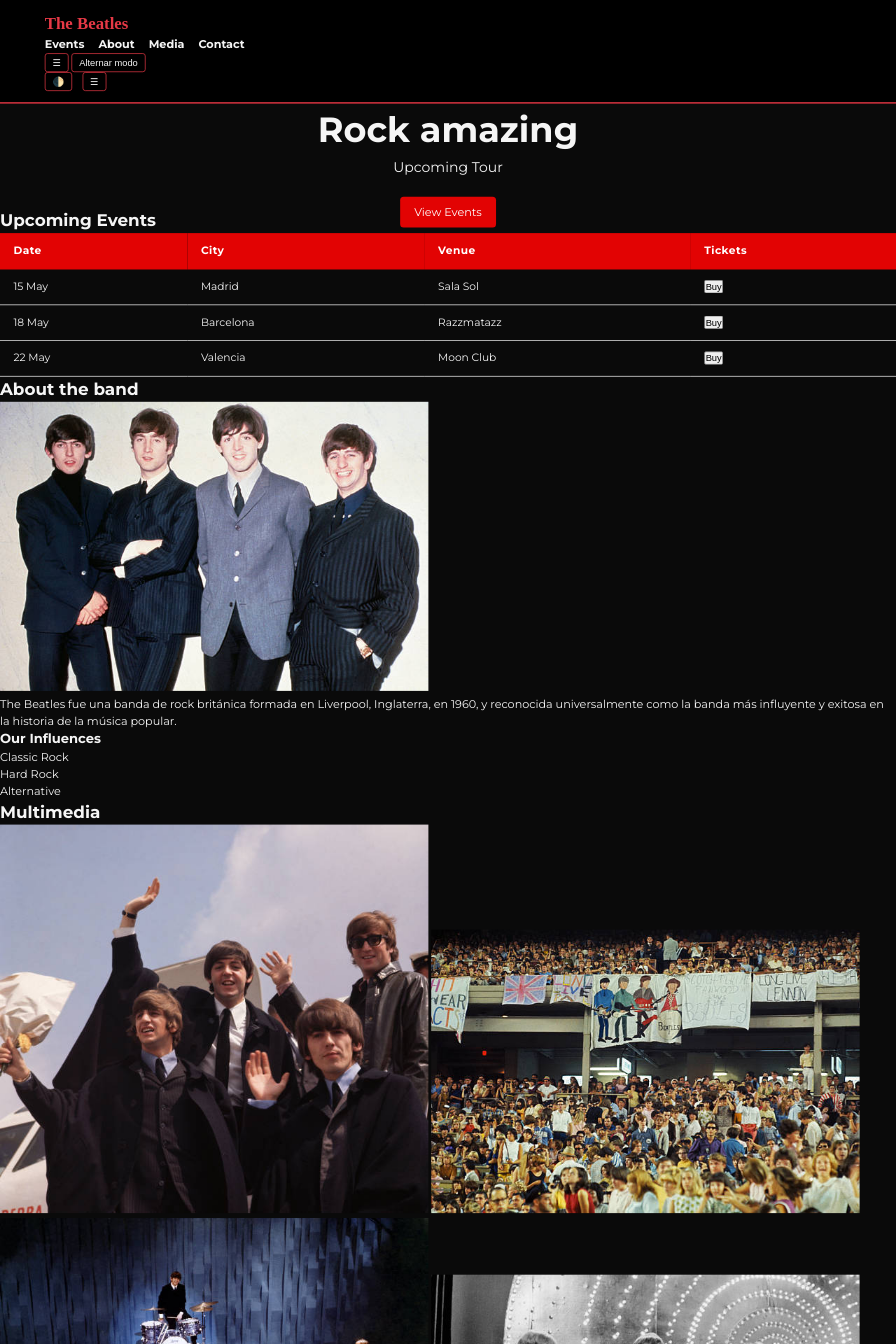
Repository: keiner-dev/Prueba_Desempe-o
Page: index.html
An editor plug-in stored every save of this project. The page is shown before and after the next save, followed by the edit.
The browser window is 1280 px wide. The pictures show the part of the page from y = 0 to 1920 px (the page is 2747 px tall), at 70% of full size.
Some web fonts or font styles are not loaded; a fallback is used.

Above is the page before, as saved 2026-04-27 14:44:07.

### index.html
<!DOCTYPE html>
<html lang="en">
<head>
    <meta charset="UTF-8">
    <meta name="viewport" content="width=device-width, initial-scale=1.0">
    <title>The Beatles</title>
    <link href="https://fonts.googleapis.com/css2?family=Montserrat:wght@400;700;900&family=Rock+Salt&display=swap" rel="stylesheet">
    <link rel="stylesheet" href="styles.css">
    <script src="script.js"></script>
</head>
<body>
    <header class="header">
        <div class="container_header__inner">
            <div class="logo">
                <span class="logo">The Beatles</span>
        </div>
            </div>

            <nav class="nav">
            <nav class="nav" id="main-nav">
                <ul class="nav_list">
                    <li><a href="#events">Events</a></li>
                    <li><a href="#about">About</a></li>
                    <li><a href="#media">Media</a></li>
                    <li><a href="#contact">Contact</a></li>
                </ul>
            </nav>

            <button class="menu-toggle">☰</button>
            <button class="alternarModo">Alternar modo</button>
            <div class="header_actions">
                <button class="alternarModo" aria-label="Toggle Theme">🌓</button>
                <button class="menu-toggle" id="mobile-menu-btn">☰</button>
            </div>
        </div>
    </header>

    <main>
        <!--hero-->
        <section class="hero">
            <div class="hero_overlay">
                <h2>Rock amazing</h2>
                <p>Upcoming Tour</p>
                <a href="#events" class="btn">View Events</a>
            </div>
        </section>

        <section id="events" class="events_container">
            <h2>Upcoming Events</h2>

            <table class="events__table">
                <thead>
                    <tr>
                        <th>Date</th>
                        <th>City</th>
                        <th>Venue</th>
                        <th>Tickets</th>
                    </tr>
                </thead>
                <tbody>
                    <tr>
                        <td>15 May</td>
                        <td>Madrid</td>
                        <td>Sala Sol</td>
                        <td><button>Buy</button></td>
                    </tr>
                    <tr>
                        <td>18 May</td>
                        <td>Barcelona</td>
                        <td>Razzmatazz</td>
                        <td><button>Buy</button></td>
                    </tr>
                    <tr>
                        <td>22 May</td>
                        <td>Valencia</td>
                        <td>Moon Club</td>
                        <td><button>Buy</button></td>
                    </tr>
                </tbody>
            </table>
        </section>

        <!--About-->
        <section id="about" class="about_container">
        <section id="about" class="about_container reveal">
            <h2>About the band</h2>

            <div class="about_content">
                <img src="./assets/img/beatles.jpg" alt="the beatles">

                <article>
                    <p>
                        The Beatles fue una banda de rock británica formada en Liverpool, Inglaterra, en 1960, y reconocida universalmente como la banda más influyente y exitosa en la historia de la música popular.
                    </p>

                    <h3>Our Influences</h3>
                    <ul>
                        <li>Classic Rock</li>
                        <li>Hard Rock</li>
                        <li>Alternative</li>
                    </ul>
                </article>
            </div>
        </section>

        <!--Media-->
        <section id="media" class="media_container">
        <section id="media" class="media_container reveal">
            <h2>Multimedia</h2>

            <div class="media_grid">
                <img src="./assets/img/img-1.jpg" alt="">
                <img src="./assets/img/img-2.jpg" alt="">
                <img src="./assets/img/img-3.jpg" alt="">
                <img src="./assets/img/img-4.jpg" alt="">
                <img src="./assets/img/img-5.jpg" alt="">
                <img src="./assets/img/img-6.jpg" alt="">
            </div>
        </section>
    </main>

    <!--Footer-->
    <footer id="contact" class="footer">
        <div class="container_footer">
            <p>© <span id="year"></span> The Beatles</p>

            <ul class="social">
                <li><a href="#">Instagram</a></li>
                <li><a href="#">Youtube</a></li>
                <li><a href="#">Spotify</a></li>
            </ul>
        </div>
    </footer>
    <script src="script.js"></script>
</body>
</html>

### styles.css
/* General Variables */
:root {
    --primary-color: #e63946;
    --bg-dark: #0a0a0a;
    --bg-light: #1a1a1a;
    --text-light: #f5f5f5;
    --accent-color: #e20303;
}

* {
    margin: 0;
    padding: 0;
    box-sizing: border-box;
}

body {
    font-family: 'Montserrat', sans-serif;
    background-color: var(--bg-dark);
    color: var(--text-light);
    line-height: 1.5;
    overflow-x: hidden;
    transition: var(--transition);
}

/* Header & Nav */
.header {
    background-color: #000;
    padding: 1rem 5%;
    position: sticky;
    top: 0;
    z-index: 1000;
    border-bottom: 2px solid var(--primary-color);
}

.container_header__inner {
    display: flex;
    justify-content: space-between;
    align-items: center;
}

.logo {
    font-family: 'Rock Salt', cursive;
    font-size: 1.5rem;
    font-weight: bold;
    color: var(--primary-color);
}

.header_actions {
    display: flex;
    gap: 15px;
    align-items: center;
}

.alternarModo, .menu-toggle {
    background: none;
    border: 1px solid var(--primary-color);
    color: var(--text-light);
    padding: 5px 10px;
    cursor: pointer;
    border-radius: 4px;
}

.nav_list {
    display: flex;
    list-style: none;
    gap: 20px;
}

.nav_list a {
    text-decoration: none;
    color: var(--text-light);
    font-weight: 600;
    transition: var(--transition);
}

.nav_list a:hover {
    color: var(--accent-color);
}

.hero_overlay h2{
    font-size: 50px;
    font-weight: 30px;
    text-align: center;
}

.hero_overlay p {
    font-size: 20px;
    text-align: center;
}

.hero_overlay a {
    text-align: center;
    background-color: #e20303;
    color: #fff;
    padding: 10px 20px;
    border-radius: 5px;
    text-decoration: none;
    display: inline-block;
    transition: var(--transition);
}

section .btn {
    position: relative;
    top: 50px;
    left: 50%;
    transform: translate(-50%, -50%);
    color: white;
    text-align: center;
}

.events__table {
    width: 100%;
    border-collapse: collapse;
    font-size: 0.95rem;
    min-width: 550px;

}

.events__table thead{
    background-color: #e20303;
    color: white;
    text-align: left;
}

.events__table th {
    padding: 0.9rem 1.2rem;
    text-align: left;
    font-weight: 700;
    letter-spacing: 0.04rem;
}

.events__table td {
    padding: 0.85rem 1.2rem;
    border-bottom: 1px solid ;
}

### script.js
document.addEventListener('DOMContentLoaded', () => {
    // 1. Dynamic Year
    const yearSpan = document.getElementById('year');
    if (yearSpan) yearSpan.textContent = new Date().getFullYear();

    // 2. Mobile Menu Toggle
    const menuBtn = document.getElementById('mobile-menu-btn');
    const nav = document.getElementById('main-nav');

    menuBtn.addEventListener('click', () => {
        nav.classList.toggle('active');
        menuBtn.textContent = nav.classList.contains('active') ? '✕' : '☰';
    });

    // 3. Dark/Light Mode Toggle
    const modeBtn = document.querySelector('.alternarModo');
    modeBtn.addEventListener('click', () => {
        document.body.classList.toggle('light-mode');
    });

    // 4. Scroll Reveal Animation
    const reveals = document.querySelectorAll('.reveal');
    const revealOnScroll = () => {
        reveals.forEach(el => {
            const windowHeight = window.innerHeight;
            const elementTop = el.getBoundingClientRect().top;
            const elementVisible = 150;
            if (elementTop < windowHeight - elementVisible) {
                el.classList.add('active');
            }
        });
    };
    window.addEventListener('scroll', revealOnScroll);
    revealOnScroll(); // Initial check

    // 5. Buy buttons interaction
    const buyButtons = document.querySelectorAll('.events__table button');
    buyButtons.forEach(btn => btn.addEventListener('click', () => alert('Redirecting to ticket office...')));
});

After the next save:
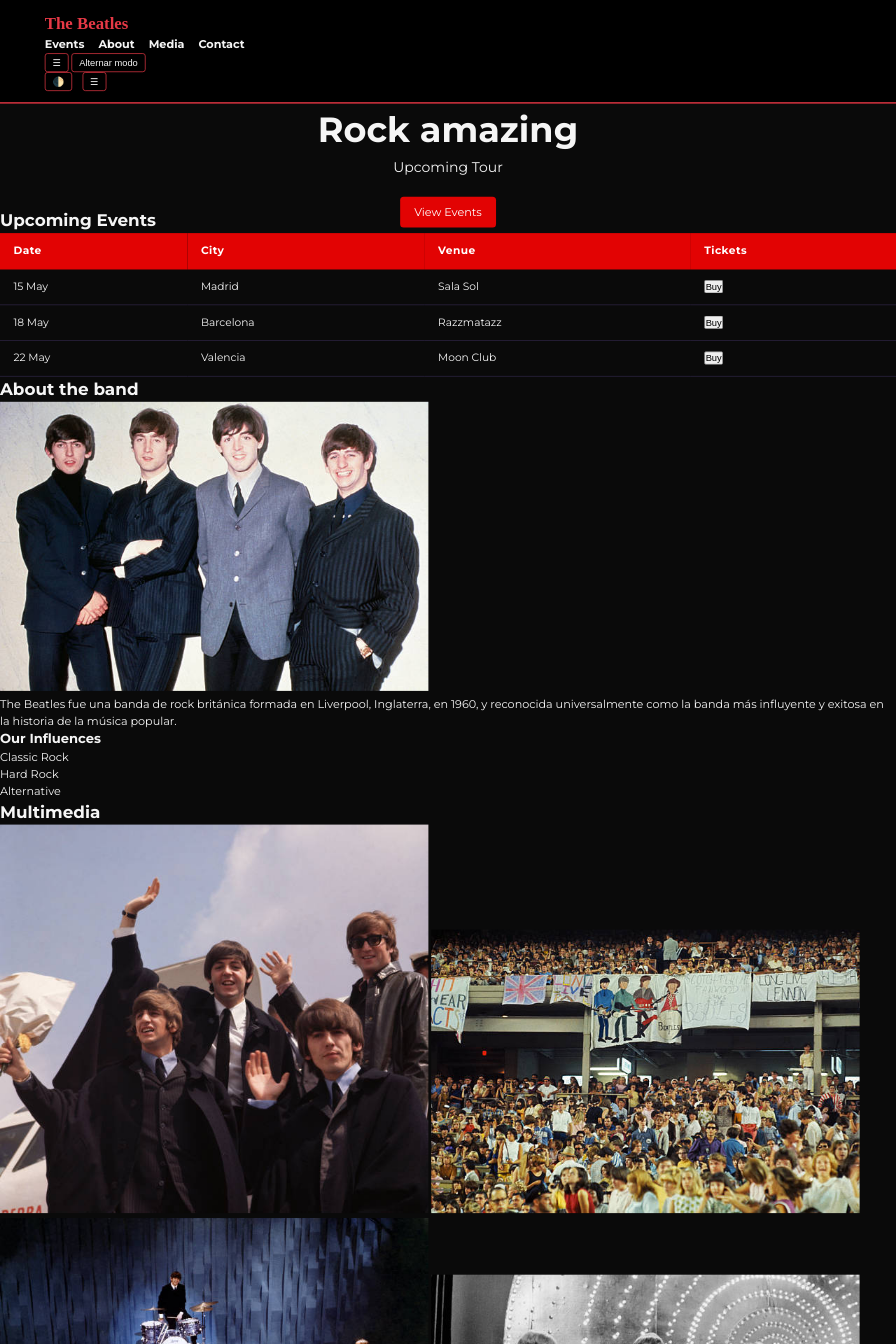
Saved 18 s later.
--- a/styles.css
+++ b/styles.css
@@ -131,5 +131,5 @@
 
 .events__table td {
     padding: 0.85rem 1.2rem;
-    border-bottom: 1px solid ;
+    border-bottom: 1px solid #2e2545;
 }
